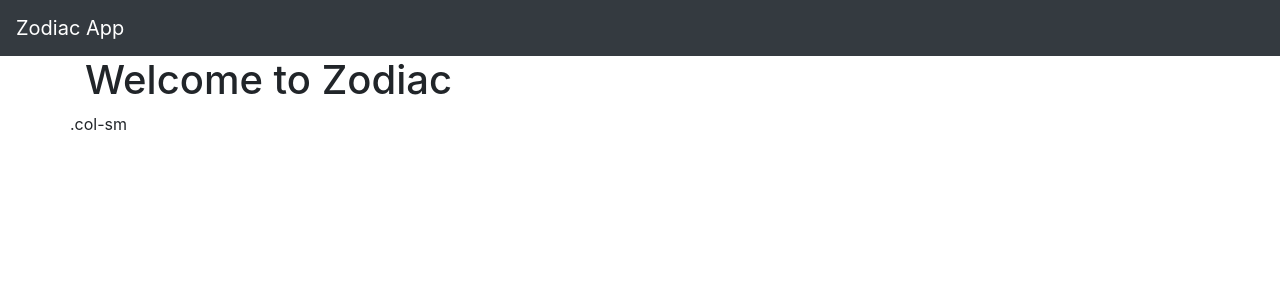
Repository: robertkameni/Zodiac-App
Page: client/index.html
An editor plug-in stored every save of this project. The page is shown before and after the next save, followed by the edit.
The browser window is 1280 px wide. The pictures show the whole page.

Above is the page before, as saved 2019-06-16 15:46:04.

After the next save:
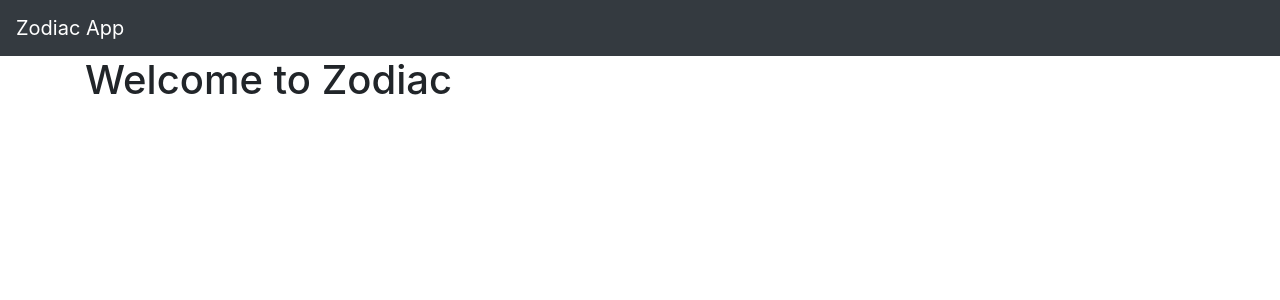
Saved 6 s later.
--- a/client/index.html
+++ b/client/index.html
@@ -24,7 +24,7 @@
     <div class="container">
         <h1>Welcome to Zodiac</h1>
         <div class="row">
-            .col-sm
+            <div class="col-md-4"></div>
         </div>
     </div>
 
